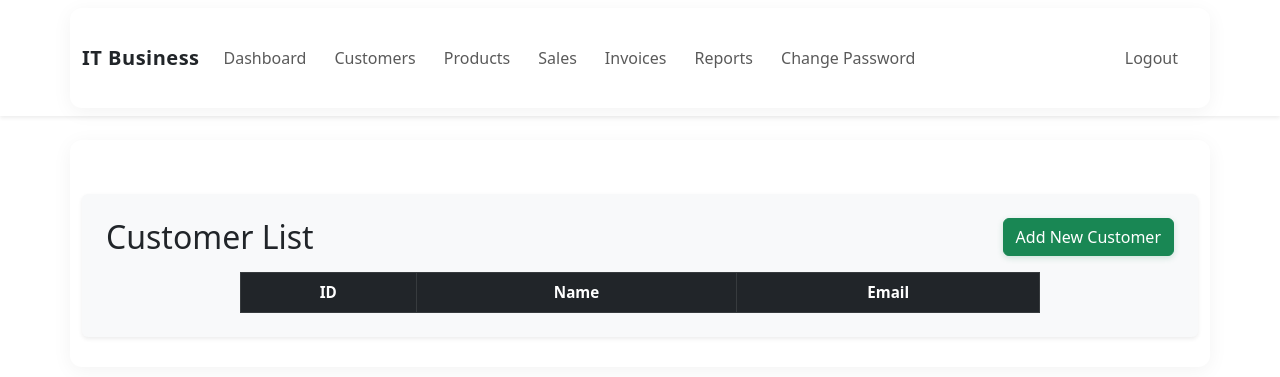
Repository: asmsaifulislam/it_business
Page: http://localhost/customers
An editor plug-in stored every save of this project. The page is shown before and after the next save, followed by the edit.
The browser window is 1280 px wide. The pictures show the whole page.
The page is served by the project's application, run on Flask 3 (app.py). The session is filled in as if someone had signed in: {"user_id": 1}. Other server files are loaded and not shown. Queries for data that is not in the repository find no rows.

Above is the page before, as saved 2025-09-05 11:48:43.

### templates/customers.html
{% extends 'base.html' %}

{% block content %}
<div class="container mt-4 p-4 bg-light rounded shadow-sm">
    <!-- Header and Button Row -->
    <div class="d-flex justify-content-between align-items-center mb-3">
        <h2 class="mb-0">Customer List</h2>
        <a href="{{ url_for('add_customer') }}" class="btn btn-success">Add New Customer</a>
    </div>

    <!-- Customer Table -->
    <table class="table table-striped table-bordered mb-0">
        <thead class="table-dark">
            <tr>
                <th>ID</th>
                <th>Name</th>
                <th>Email</th>
            </tr>
        </thead>
        <tbody>
            {% for customer in customers %}
            <tr>
                <td>{{ customer.id }}</td>
                <td>{{ customer.name }}</td>
                <td>{{ customer.email }}</td>
            </tr>
            {% endfor %}
        </tbody>
    </table>
</div>
{% endblock %}

### templates/base.html
<!DOCTYPE html>
<html lang="en">
<head>
    <meta charset="UTF-8">
    <title>IT Business Management Tool</title>
    <meta name="viewport" content="width=device-width, initial-scale=1">

    <!-- Custom Styles -->
    <link rel="stylesheet" href="{{ url_for('static', filename='style.css') }}">

    <!-- Bootstrap CSS -->
    <link href="https://cdn.jsdelivr.net/npm/bootstrap@5.3.0/dist/css/bootstrap.min.css" rel="stylesheet">
</head>
<body>
    <!-- Navbar -->
    <nav class="navbar navbar-expand-lg shadow-sm mb-4" style="background-color: #ffffff;">
        <div class="container">
            <a class="navbar-brand text-dark" href="{{ url_for('dashboard') }}">IT Business</a>
            <button class="navbar-toggler" type="button" data-bs-toggle="collapse" data-bs-target="#navbarNav">
                <span class="navbar-toggler-icon"></span>
            </button>
            <div class="collapse navbar-collapse justify-content-between" id="navbarNav">
                <ul class="navbar-nav">
                    <li class="nav-item"><a class="nav-link" href="{{ url_for('dashboard') }}">Dashboard</a></li>
                    <li class="nav-item"><a class="nav-link" href="{{ url_for('customers') }}">Customers</a></li>
                    <li class="nav-item"><a class="nav-link" href="{{ url_for('products') }}">Products</a></li>
                    <li class="nav-item"><a class="nav-link" href="{{ url_for('sales') }}">Sales</a></li>
                    <li class="nav-item"><a class="nav-link" href="{{ url_for('invoice') }}">Invoices</a></li>
                    <li class="nav-item"><a class="nav-link" href="{{ url_for('reports') }}">Reports</a></li>
                    <li class="nav-item"><a class="nav-link" href="{{ url_for('change_password') }}">Change Password</a></li>
                </ul>
                <ul class="navbar-nav">
                    {% if session.get('user_id') %}
                        <li class="nav-item"><a class="nav-link" href="{{ url_for('logout') }}">Logout</a></li>
                    {% else %}
                        <li class="nav-item"><a class="nav-link" href="{{ url_for('login') }}">Login</a></li>
                    {% endif %}
                </ul>
            </div>
        </div>
    </nav>

    <!-- Flash Messages -->
    <div class="container">
        {% with messages = get_flashed_messages() %}
            {% if messages %}
                <div class="alert alert-warning text-center fade-in">
                    {% for message in messages %}
                        <div>{{ message }}</div>
                    {% endfor %}
                </div>
            {% endif %}
        {% endwith %}

        <!-- Page Content -->
        {% block content %}{% endblock %}
    </div>

    <!-- Bootstrap JS -->
    <script src="https://cdn.jsdelivr.net/npm/bootstrap@5.3.0/dist/js/bootstrap.bundle.min.js"></script>
</body>
</html>

### app.py
# -------------------- Core Imports --------------------
import os
from flask import Flask, render_template, redirect, url_for, request, flash, session
from flask_sqlalchemy import SQLAlchemy
from flask_migrate import Migrate
from werkzeug.security import generate_password_hash, check_password_hash
from dotenv import load_dotenv

# -------------------- Load Environment Variables --------------------
load_dotenv()

# -------------------- Config --------------------
class Config:
    SQLALCHEMY_DATABASE_URI = os.getenv('DATABASE_URL', 'sqlite:///site.db')
    SECRET_KEY = os.getenv('SECRET_KEY', 'fallback_secret')
    SQLALCHEMY_TRACK_MODIFICATIONS = False

# -------------------- App Initialization --------------------
app = Flask(__name__)
app.config.from_object(Config)

# -------------------- Database --------------------
db = SQLAlchemy(app)
migrate = Migrate(app, db)

# -------------------- Models --------------------
class User(db.Model):
    id = db.Column(db.Integer, primary_key=True)
    username = db.Column(db.String(120), unique=True, nullable=False)
    password = db.Column(db.String(512), nullable=False)

class Customer(db.Model):
    id = db.Column(db.Integer, primary_key=True)
    name = db.Column(db.String(120), nullable=False)
    email = db.Column(db.String(120), nullable=True)

class Product(db.Model):
    id = db.Column(db.Integer, primary_key=True)
    name = db.Column(db.String(120), nullable=False)
    price = db.Column(db.Float, nullable=False)
    stock = db.Column(db.Integer, default=0)

class Sale(db.Model):
    id = db.Column(db.Integer, primary_key=True)
    customer_id = db.Column(db.Integer, db.ForeignKey('customer.id'), nullable=False)
    product_id = db.Column(db.Integer, db.ForeignKey('product.id'), nullable=False)
    quantity = db.Column(db.Integer, nullable=False)
    total = db.Column(db.Float, nullable=False)

class Invoice(db.Model):
    id = db.Column(db.Integer, primary_key=True)
    sale_id = db.Column(db.Integer, db.ForeignKey('sale.id'), nullable=False)
    status = db.Column(db.String(20), default='Unpaid')

# -------------------- One-Time Admin Creation --------------------
with app.app_context():
    db.create_all()
    if not User.query.filter_by(username='admin').first():
        admin = User(username='admin', password=generate_password_hash('admin123'))
        db.session.add(admin)
        db.session.commit()

# -------------------- Form Imports --------------------
from forms import (
    LoginForm,
    ChangePasswordForm,
    UpdateAccountForm,
    CustomerForm,
    ProductForm,
    SaleForm,
    InvoiceForm
)

# -------------------- One-Time Admin Creation --------------------
with app.app_context():
    db.create_all()
    if not User.query.filter_by(username='admin').first():
        admin = User(username='admin', password=generate_password_hash('admin123'))
        db.session.add(admin)
        db.session.commit()

# -------------------- Auth --------------------
@app.route('/login', methods=['GET', 'POST'])
def login():
    form = LoginForm()
    if form.validate_on_submit():
        user = User.query.filter_by(username=form.username.data).first()
        if user and check_password_hash(user.password, form.password.data):
            session['user_id'] = user.id
            return redirect(url_for('dashboard'))
        else:
            flash('Invalid credentials')
    return render_template('login.html', form=form)

@app.route('/logout')
def logout():
    session.pop('user_id', None)
    return redirect(url_for('login'))

# -------------------- Change Password --------------------
@app.route('/change-password', methods=['GET', 'POST'])
def change_password():
    if 'user_id' not in session:
        return redirect(url_for('login'))

    form = ChangePasswordForm()
    user = User.query.get(session['user_id'])

    if form.validate_on_submit():
        if not check_password_hash(user.password, form.current_password.data):
            flash('Current password is incorrect')
        else:
            user.password = generate_password_hash(form.new_password.data)
            db.session.commit()
            flash('Password updated successfully')
            return redirect(url_for('dashboard'))

    return render_template('change_password.html', form=form)

# -------------------- Update Account --------------------
@app.route('/update-account', methods=['GET', 'POST'])
def update_account():
    if 'user_id' not in session:
        return redirect(url_for('login'))

    form = UpdateAccountForm()
    user = User.query.get(session['user_id'])

    if form.validate_on_submit():
        if not check_password_hash(user.password, form.current_password.data):
            flash('Current password is incorrect')
        else:
            user.username = form.username.data
            user.password = generate_password_hash(form.new_password.data)
            db.session.commit()
            flash('Account updated successfully')
            return redirect(url_for('dashboard'))

    return render_template('update_account.html', form=form)

# -------------------- Add Product --------------------
@app.route('/add-product', methods=['GET', 'POST'])
def add_product():
    if 'user_id' not in session:
        return redirect(url_for('login'))

    form = ProductForm()
    if form.validate_on_submit():
        try:
            new_product = Product(name=form.name.data, price=form.price.data)
            db.session.add(new_product)
            db.session.commit()
            flash('✅ Product added successfully', 'success')
            return redirect(url_for('products'))
        except Exception as e:
            db.session.rollback()
            flash(f'❌ Error adding product: {str(e)}', 'danger')

    return render_template('add_product.html', form=form)

# -------------------- Record Sale --------------------
@app.route('/record-sale', methods=['GET', 'POST'])
def record_sale():
    if 'user_id' not in session:
        return redirect(url_for('login'))

    form = SaleForm()
    form.customer_id.choices = [(c.id, c.name) for c in Customer.query.all()]
    form.product_id.choices = [(p.id, p.name) for p in Product.query.all()]

    if form.validate_on_submit():
        product = Product.query.get(form.product_id.data)
        total = product.price * form.quantity.data
        new_sale = Sale(
            customer_id=form.customer_id.data,
            product_id=form.product_id.data,
            quantity=form.quantity.data,
            total=total
        )
        db.session.add(new_sale)
        db.session.commit()
        flash('Sale recorded successfully')
        return redirect(url_for('sales'))

    return render_template('record_sale.html', form=form)
#------------------sales report-----------------------
@app.route('/sales-report')
def sales_report():
    # Fetch and render sales data
    return render_template('sales_report.html')


# -------------------- Create Invoice (Manual Form) --------------------
@app.route('/create-invoice', methods=['GET', 'POST'])
def create_invoice():
    if 'user_id' not in session:
        return redirect(url_for('login'))

    form = InvoiceForm()
    form.sale_id.choices = [(sale.id, f"Sale #{sale.id} - {sale.customer.name}") for sale in Sale.query.all()]

    if form.validate_on_submit():
        sale = Sale.query.get_or_404(form.sale_id.data)
        existing_invoice = Invoice.query.filter_by(sale_id=sale.id).first()
        if existing_invoice:
            flash('Invoice already exists for this sale.', 'warning')
        else:
            new_invoice = Invoice(sale_id=sale.id, status=form.status.data)
            db.session.add(new_invoice)
            db.session.commit()
            flash('Invoice created successfully.', 'success')
        return redirect(url_for('invoice'))

    return render_template('create_invoice.html', form=form)

# -------------------- Generate Invoice (Auto from Sale) --------------------
@app.route('/generate-invoice/<int:sale_id>', methods=['POST'])
def generate_invoice(sale_id):
    if 'user_id' not in session:
        return redirect(url_for('login'))

    sale = Sale.query.get_or_404(sale_id)
    existing_invoice = Invoice.query.filter_by(sale_id=sale.id).first()
    if existing_invoice:
        flash('Invoice already exists for this sale.', 'warning')
    else:
        new_invoice = Invoice(sale_id=sale.id, status='Unpaid')
        db.session.add(new_invoice)
        db.session.commit()
        flash('Invoice generated successfully.', 'success')

    return redirect(url_for('invoice'))

# -------------------- Mark Invoice as Paid --------------------
@app.route('/mark-paid/<int:invoice_id>', methods=['POST'])
def mark_paid(invoice_id):
    if 'user_id' not in session:
        return redirect(url_for('login'))

    invoice = Invoice.query.get_or_404(invoice_id)
    invoice.status = 'Paid'
    db.session.commit()
    flash('Invoice marked as paid.', 'success')
    return redirect(url_for('invoice'))

# -------------------- Dashboard --------------------
@app.route('/')
def dashboard():
    if 'user_id' not in session:
        return redirect(url_for('login'))
    stats = {
        'customers': Customer.query.count(),
        'products': Product.query.count(),
        'sales': Sale.query.count(),
        'invoices': Invoice.query.count()
    }
    return render_template('dashboard.html', stats=stats)

# -------------------- Customers --------------------
@app.route('/customers')
def customers():
    if 'user_id' not in session:
        return redirect(url_for('login'))
    all_customers = Customer.query.all()
    return render_template('customers.html', customers=all_customers)

@app.route('/add-customer', methods=['GET', 'POST'])
def add_customer():
    if 'user_id' not in session:
        return redirect(url_for('login'))

    form = CustomerForm()
    if form.validate_on_submit():
        new_customer = Customer(name=form.name.data, email=form.email.data)
        db.session.add(new_customer)
        db.session.commit()
        flash('Customer added successfully')
        return redirect(url_for('customers'))

    return render_template('add_customer.html', form=form)

# -------------------- Products --------------------
@app.route('/products')
def products():
    if 'user_id' not in session:
        return redirect(url_for('login'))
    all_products = Product.query.all()
    return render_template('products.html', products=all_products)

# -------------------- Sales --------------------
@app.route('/sales')
def sales():
    if 'user_id' not in session:
        return redirect(url_for('login'))
    all_sales = Sale.query.all()
    return render_template('sales.html', sales=all_sales)

# -------------------- Invoices --------------------
@app.route('/invoice')
def invoice():
    if 'user_id' not in session:
        return redirect(url_for('login'))
    all_invoices = Invoice.query.all()
    return render_template('invoice.html', invoices=all_invoices)

# -------------------- Reports --------------------
@app.route('/reports')
def reports():
    if 'user_id' not in session:
        return redirect(url_for('login'))
    return render_template('reports.html')
# -------------------- Sales Report --------------------
@app.route('/sales-report')
def sales_report_view():
    if 'user_id' not in session:
        return redirect(url_for('login'))
    total_sales = Sale.query.count()
    total_revenue = db.session.query(db.func.sum(Sale.total)).scalar() or 0
    top_product = db.session.query(Product.name, db.func.sum(Sale.quantity))\
        .join(Sale, Product.id == Sale.product_id)\
        .group_by(Product.name)\
        .order_by(db.func.sum(Sale.quantity).desc())\
        .first()
    return render_template('sales_report.html',
                           total_sales=total_sales,
                           total_revenue=total_revenue,
                           top_product=top_product[0] if top_product else "N/A")

# -------------------- Customer Report --------------------
@app.route('/customer-report')
def customer_report():
    if 'user_id' not in session:
        return redirect(url_for('login'))

    total_customers = Customer.query.count()
    recent_customers = Customer.query.order_by(Customer.id.desc()).limit(5).all()

    return render_template('customer_report.html',
                           total_customers=total_customers,
                           recent_customers=recent_customers)

# -------------------- Product Report --------------------
@app.route('/product-report')
def product_report():
    if 'user_id' not in session:
        return redirect(url_for('login'))

    total_products = Product.query.count()
    low_stock = Product.query.filter(Product.stock < 10).all()

    return render_template('product_report.html',
                           total_products=total_products,
                           low_stock=low_stock)

# -------------------- Invoice Report --------------------
@app.route('/invoice-report')
def invoice_report():
    if 'user_id' not in session:
        return redirect(url_for('login'))

    total_invoices = Invoice.query.count()
    paid = Invoice.query.filter_by(status='Paid').count()
    unpaid = Invoice.query.filter_by(status='Unpaid').count()
    overdue = Invoice.query.filter_by(status='Overdue').count()

    return render_template('invoice_report.html',
                           total_invoices=total_invoices,
                           paid=paid,
                           unpaid=unpaid,
                           overdue=overdue)


# -------------------- Run --------------------
if __name__ == '__main__':
    app.run(debug=True)

### static/style.css
/* Base Reset */
body {
    margin: 0;
    padding: 0;
    font-family: 'Segoe UI', Tahoma, Geneva, Verdana, sans-serif;
    background-color: #f4f6f9;
    color: #212529;
    text-align: center;
}

/* Navbar */
nav.navbar {
    background-color: #ffffff;
    box-shadow: 0 2px 4px rgba(0, 0, 0, 0.1);
    transition: box-shadow 0.3s ease;
}

nav.navbar:hover {
    box-shadow: 0 4px 12px rgba(0, 0, 0, 0.15);
}

.navbar-brand {
    font-weight: bold;
    font-size: 1.5rem;
    letter-spacing: 0.5px;
    color: #2c3e50;
}

.nav-link {
    font-size: 1rem;
    margin-right: 12px;
    position: relative;
    color: #2c3e50;
    transition: color 0.3s ease;
}

.nav-link::after {
    content: '';
    position: absolute;
    left: 0;
    bottom: -4px;
    width: 0%;
    height: 2px;
    background-color: #198754;
    transition: width 0.3s ease;
}

.nav-link:hover {
    color: #198754;
}

.nav-link:hover::after {
    width: 100%;
}

/* Container */
.container {
    padding: 30px 20px;
    max-width: 960px;
    margin: 0 auto;
    background-color: #ffffff;
    border-radius: 12px;
    box-shadow: 0 4px 20px rgba(0, 0, 0, 0.05);
    transform-style: preserve-3d;
    perspective: 1000px;
    animation: fadeInUp 0.6s ease forwards;
}

/* Headings */
h2 {
    font-weight: 600;
    color: #2c3e50;
    margin-bottom: 30px;
    transform: translateZ(20px);
}

/* Tables */
table {
    font-size: 0.95rem;
    margin: 0 auto;
    width: 100%;
    max-width: 800px;
    border-collapse: collapse;
    transition: transform 0.3s ease;
}

.table th {
    background-color: #2c3e50;
    color: white;
    text-align: center;
    padding: 12px;
}

.table td {
    vertical-align: middle;
    text-align: center;
    padding: 10px;
    background-color: #ffffff;
}

.table tbody tr {
    transition: background-color 0.3s ease, transform 0.3s ease;
}

.table tbody tr:hover {
    background-color: #f0f8ff;
    transform: scale(1.01) translateZ(10px);
}

/* Buttons */
.btn {
    font-weight: 500;
    padding: 10px 18px;
    border-radius: 6px;
    font-size: 0.95rem;
    background-color: #198754;
    color: white;
    transition: all 0.3s ease;
    box-shadow: 0 2px 6px rgba(25, 135, 84, 0.2);
}

.btn:hover {
    transform: translateY(-2px) scale(1.05);
    box-shadow: 0 6px 16px rgba(25, 135, 84, 0.3);
    background-color: #157347;
}

/* Cards */
.card {
    box-shadow: 0 2px 8px rgba(0, 0, 0, 0.08);
    border: none;
    text-align: center;
    border-radius: 8px;
    transition: transform 0.3s ease, box-shadow 0.3s ease;
}

.card:hover {
    transform: rotateX(3deg) rotateY(3deg);
    box-shadow: 0 6px 16px rgba(0, 0, 0, 0.1);
}

.card-header {
    font-weight: 600;
    font-size: 1.1rem;
}

/* Alerts */
.alert {
    font-size: 0.9rem;
    max-width: 600px;
    margin: 0 auto 20px;
    animation: fadeInUp 0.5s ease forwards;
}

/* Forms */
form {
    max-width: 500px;
    margin: 0 auto;
    text-align: left;
    background-color: #ffffff;
    padding: 30px;
    border-radius: 8px;
    box-shadow: 0 0 10px rgba(0, 0, 0, 0.05);
    animation: fadeInUp 0.6s ease forwards;
}

.form-label {
    font-weight: 500;
    margin-bottom: 6px;
}

.form-control {
    border-radius: 4px;
    font-size: 0.95rem;
    padding: 10px;
    margin-bottom: 15px;
    transition: box-shadow 0.3s ease;
}

.form-control:focus {
    box-shadow: 0 0 8px rgba(25, 135, 84, 0.3);
    border-color: #198754;
}

/* Badges */
.badge {
    font-size: 0.85rem;
    padding: 6px 10px;
    border-radius: 4px;
}

/* Animations */
@keyframes fadeInUp {
    from {
        opacity: 0;
        transform: translateY(20px);
    }
    to {
        opacity: 1;
        transform: translateY(0);
    }
}

/* Responsive Enhancements */
@media (max-width: 768px) {
    .container {
        padding: 20px 10px;
    }

    form {
        padding: 20px;
    }

    .btn {
        width: 100%;
    }

    h2 {
        font-size: 1.4rem;
    }
}

After the next save:
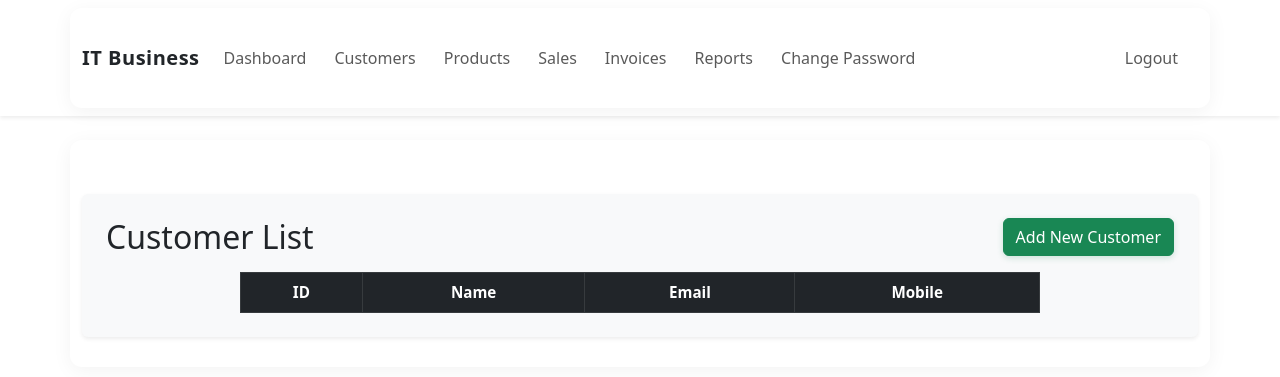
Saved 4 min 2 s later.
--- a/templates/customers.html
+++ b/templates/customers.html
@@ -15,6 +15,7 @@
                 <th>ID</th>
                 <th>Name</th>
                 <th>Email</th>
+                <th>Mobile</th> <!-- ✅ New Column -->
             </tr>
         </thead>
         <tbody>
@@ -23,6 +24,7 @@
                 <td>{{ customer.id }}</td>
                 <td>{{ customer.name }}</td>
                 <td>{{ customer.email }}</td>
+                <td>{{ customer.mobile }}</td> <!-- ✅ New Data Cell -->
             </tr>
             {% endfor %}
         </tbody>
